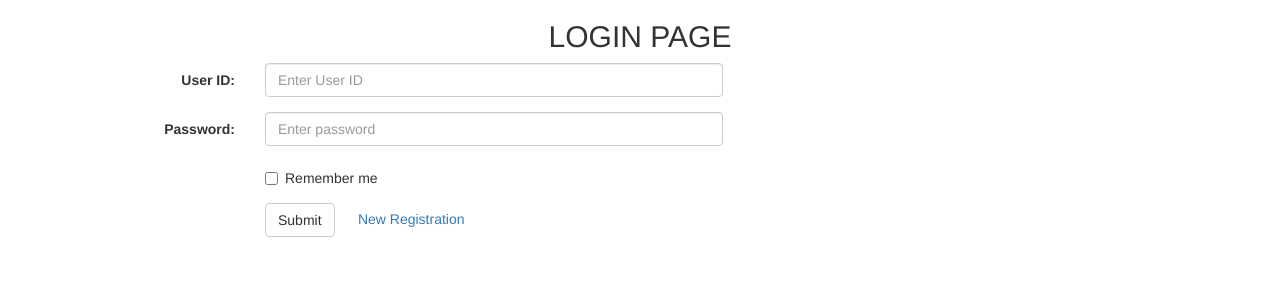
Repository: AvantiKopulwar/Task-Workspace
Page: http://localhost/AdminStudentLogin/
The author's editor kept a copy of each file at every save. The page is drawn from the files as they stood at one save, then again after the next save.
The browser window is 1280 px wide. The pictures show the whole page.
The page is served by Tomcat 9. Other server files are loaded and not shown.

Above is the page before, as saved 2018-10-04 18:37:56.

### AdminStudentLogin/WebContent/index.jsp
<%@ page language="java" contentType="text/html; charset=ISO-8859-1"
pageEncoding="ISO-8859-1"%>
<html>
<head>
<title>Login Page</title>
<meta charset="utf-8">
<meta name="viewport" content="width=device-width, initial-scale=1">
<link rel="stylesheet"
	href="https://maxcdn.bootstrapcdn.com/bootstrap/3.3.7/css/bootstrap.min.css">
<script
	src="https://ajax.googleapis.com/ajax/libs/jquery/3.3.1/jquery.min.js"></script>
<script
	src="https://maxcdn.bootstrapcdn.com/bootstrap/3.3.7/js/bootstrap.min.js"></script>
</head>
<body>

	<div class="container">
		<h2 align="center"> LOGIN PAGE</h2>
		<form class="form-horizontal" action="login">
			<div class="form-group">
				<label class="control-label col-sm-2" for="uname">User ID:</label>
				<div class="col-sm-5">
					<input type="text" class="form-control" id="uname"
						placeholder="Enter User ID" name="uname">
				</div>
			</div>
			<div class="form-group">
				<label class="control-label col-sm-2" for="password">Password:</label>
				<div class="col-sm-5">
					<input type="password" class="form-control" id="password"
						placeholder="Enter password" name="password">
				</div>
			</div>
			<div class="form-group">
				<div class="col-sm-offset-2 col-sm-10">
					<div class="checkbox">
						<label><input type="checkbox" name="remember">
							Remember me</label>
					</div>
				</div>
			</div>
			<div class="form-group">
				<div class="col-sm-offset-2 col-sm-10">
					<button type="submit" class="btn btn-default">Submit</button>
					<a href="http://localhost:8020/AdminStudentLogin/register.jsp">&nbsp; &nbsp;&nbsp; New Registration</a>
				</div>
			</div>
		</form>
	</div>

</body>
</html>

After the next save:
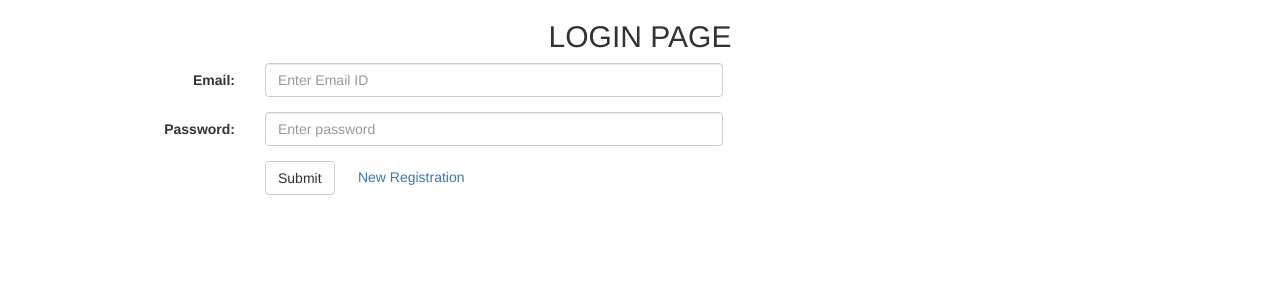
Saved 12 h 6 min later.
--- a/AdminStudentLogin/WebContent/index.jsp
+++ b/AdminStudentLogin/WebContent/index.jsp
@@ -18,10 +18,10 @@ pageEncoding="ISO-8859-1"%>
 		<h2 align="center"> LOGIN PAGE</h2>
 		<form class="form-horizontal" action="login">
 			<div class="form-group">
-				<label class="control-label col-sm-2" for="uname">User ID:</label>
+				<label class="control-label col-sm-2" for="uname">Email:</label>
 				<div class="col-sm-5">
-					<input type="text" class="form-control" id="uname"
-						placeholder="Enter User ID" name="uname">
+					<input type="text" class="form-control" id="email"
+						placeholder="Enter Email ID" name="email">
 				</div>
 			</div>
 			<div class="form-group">
@@ -31,14 +31,14 @@ pageEncoding="ISO-8859-1"%>
 						placeholder="Enter password" name="password">
 				</div>
 			</div>
-			<div class="form-group">
+			<!-- <div class="form-group">
 				<div class="col-sm-offset-2 col-sm-10">
 					<div class="checkbox">
 						<label><input type="checkbox" name="remember">
 							Remember me</label>
 					</div>
 				</div>
-			</div>
+			</div> -->
 			<div class="form-group">
 				<div class="col-sm-offset-2 col-sm-10">
 					<button type="submit" class="btn btn-default">Submit</button>
